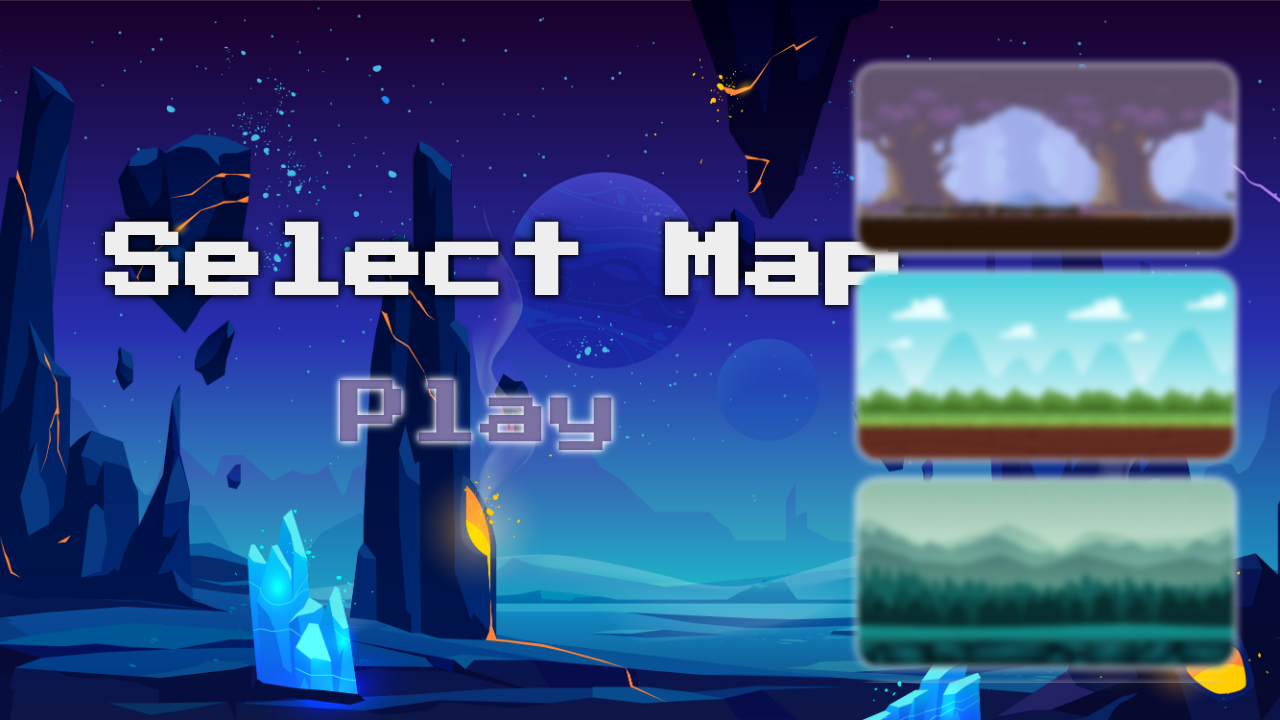
Repository: Gaurav31052/Fighting-game
Page: home.html
An editor plug-in stored every save of this project. The page is shown before and after the next save, followed by the edit.
The browser window is 1280 px wide. The pictures show the whole page.
An inner scrolling area shows only its first screen.

Above is the page before, as saved 2024-06-06 23:45:32.

After the next save:
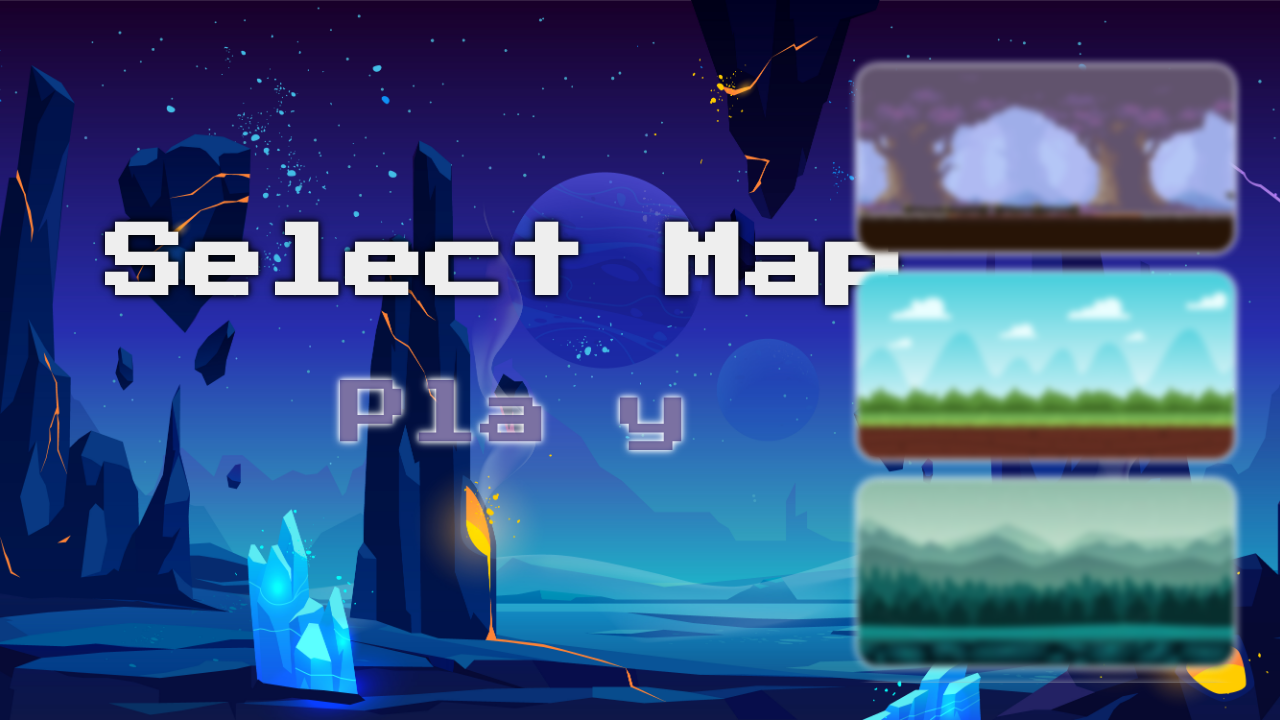
Saved 32 s later.
--- a/home.html
+++ b/home.html
@@ -24,7 +24,7 @@
 
                 <img id="mainbox" src="img/home.jpg" alt="">
 
-                <button id="btn"><a href='game.html'>Play</a></button>
+                <button id="btn"><a href='game.html'>Pla y</a></button>
             </div>
 
         </div>
